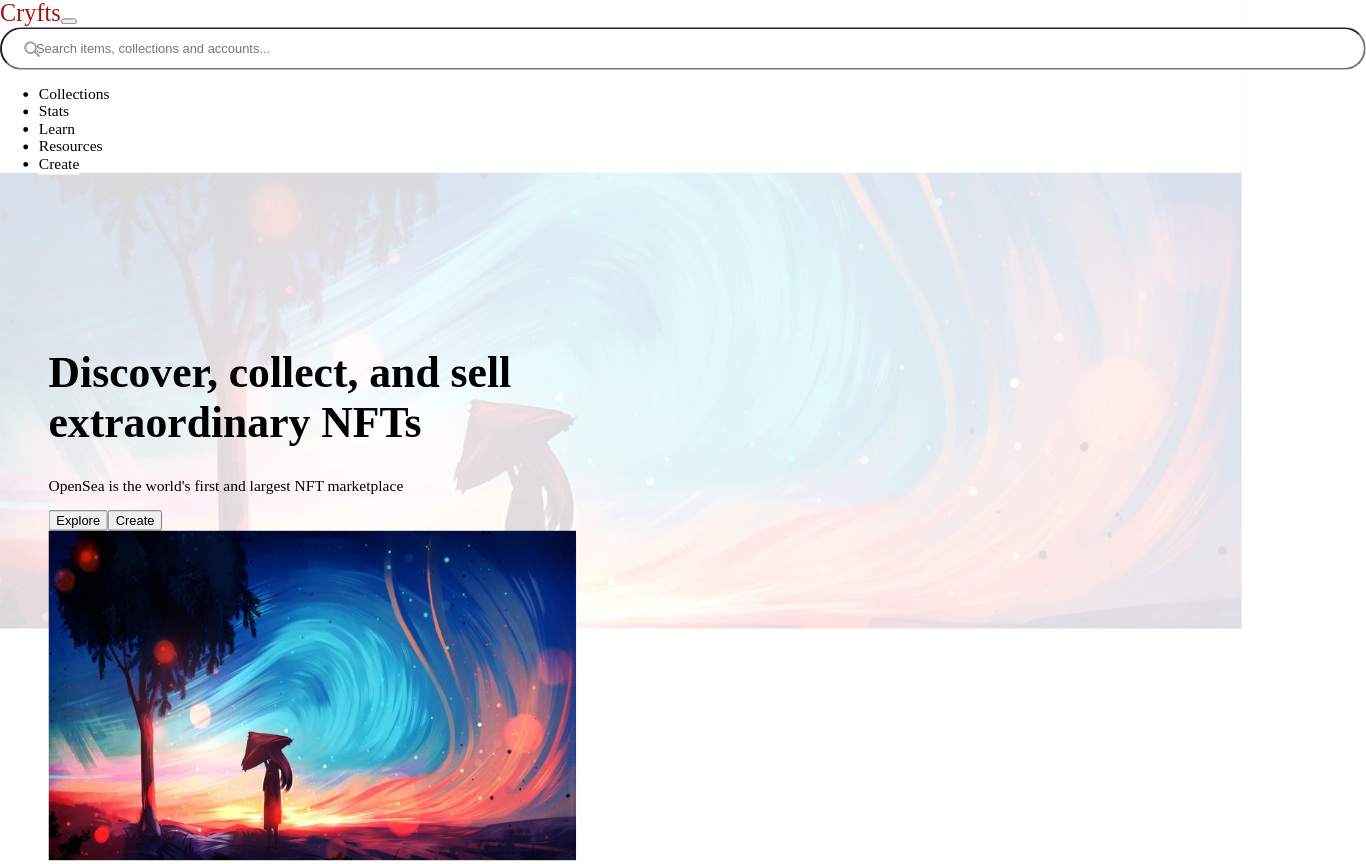
Repository: Huzaifa-2609/opensea_project
Page: /
The author's editor kept a copy of each file at every save. The page is drawn from the files as they stood at one save, then again after the next save.
The browser window is 1280 px wide. The page is 1408 px wide, so the pictures cover 1408 px, including what lies to the right of the window. The pictures show the whole page, at 97% of full size.
Some web libraries are served in a nearby version. The project was rebuilt for these pictures with package versions that can differ from the ones it lists, and the page was loaded fresh each time. The framework's server and built-in components were replaced by stand-ins that run in the browser. Also part of the build but not shown: next.config.js, styles/Home.module.css.

Above is the page before, as saved 2022-07-09 19:22:11.

### pages/_app.js
import Navbar from '../components/Navbar'
import '../styles/globals.css'
import Head from "next/head"
import Script from 'next/script'
import "../styles/hero.css"
function MyApp({ Component, pageProps }) {
  return(
    <>
    <Script src="https://kit.fontawesome.com/30bda3e318.js" crossorigin="anonymous"></Script>
    <Script src="https://cdn.jsdelivr.net/npm/bootstrap@5.2.0-beta1/dist/js/bootstrap.bundle.min.js" integrity="sha384-pprn3073KE6tl6bjs2QrFaJGz5/SUsLqktiwsUTF55Jfv3qYSDhgCecCxMW52nD2" crossOrigin="anonymous"></Script>
    <Navbar title={"Cryfts"}/>
  <Component {...pageProps} />
  </>
  )
}

export default MyApp

### pages/_document.js
import { Html, Head, Main, NextScript } from 'next/document'

export default function Document() {
  return (
    <Html>
      <Head>
      <link href="https://cdn.jsdelivr.net/npm/bootstrap@5.2.0-beta1/dist/css/bootstrap.min.css" rel="stylesheet" integrity="sha384-0evHe/X+R7YkIZDRvuzKMRqM+OrBnVFBL6DOitfPri4tjfHxaWutUpFmBp4vmVor" crossOrigin="anonymous"/>
      </Head>
      <body>
        <Main />
        <NextScript />
      </body>
    </Html>
  )
}

### pages/index.js
import Head from 'next/head'
import Image from 'next/image'
import Hero from '../components/Hero'
import styles from '../styles/Home.module.css'

export default function Home() {
  return (
    <>
    <div>
      <Head>
        <title>Create Next App</title>
        <meta name="description" content="Generated by create next app" />
        <link rel="icon" href="/favicon.ico" />
      </Head>
         </div>
      <Hero/>
      </>
  )
}

### components/Navbar.js
import React from 'react'
import Link from 'next/link'
import { useRouter } from 'next/router'
const Navbar = (props) => {
  const location=useRouter();
  return (
    <div>
      <nav className="navbar shadow-sm fixed-top navbar-expand-lg navbar-light">
  <div className="container-fluid">
    <a className="navbar-brand text-color fw-bolder ml-2" href="/">{props.title}</a>
    <button className="navbar-toggler" type="button" data-bs-toggle="collapse" data-bs-target="#navbarSupportedContent" aria-controls="navbarSupportedContent" aria-expanded="false" aria-label="Toggle navigation">
      <span className="navbar-toggler-icon"></span>
    </button>

    <div className="collapse navbar-collapse" style={{width:"50%"}} id="navbarSupportedContent">

            <div className="row height d-flex justify-content-center align-items-center">

                <div className="form">
                  <i className="fa fa-search"></i>
                  <input type="text" className="form-control form-input" placeholder="Search items, collections and accounts..."/>
                </div>

            </div>


      <ul className="navbar-nav gap-4 m-auto mb-2 mb-lg-0 fw-bold" style={location.pathname==="/signup"?{visibility:"hidden"}:{}}>
      <li className="nav-item">
          <Link href="/collections/0x7132e1d414161A232c2027aE6C66D7914649bA66"><a className="nav-link " aria-current="page" >Collections</a></Link>
        </li>
        <li className="nav-item">
          <Link href="/"><a className="nav-link" aria-current="page" >Stats</a></Link>
        </li>
        <li className="nav-item">
          <Link href="/"><a className="nav-link " >Learn</a></Link>
        </li>

        <li className="nav-item dropdown">
          <Link href="/"><a className="nav-link dropdown-toggle pe-none"  id="navbarDropdown" role="button" data-bs-toggle="dropdown" aria-expanded="false">
            Resources
          </a></Link>
          <ul className="dropdown-menu" aria-labelledby="navbarDropdown">
            <li><Link href="/"><a className="dropdown-item" >Action</a></Link></li>
            <li><Link href="/"><a className="dropdown-item" >Another action</a></Link></li>
            <li><hr className="dropdown-divider"/></li>
            <li><Link href="/"><a className="dropdown-item" >Something else here</a></Link></li>
          </ul>
        </li>
        <li className="nav-item">
          <Link  href="/"><a className="nav-link">Create</a></Link>
        </li>
      </ul >
      {/* <form className="d-flex" role="search">
        <ul className="navbar-nav gap-3 media" style={location.pathname==="/signup"?{display:"none"}:{}}>
      <li className="nav-item float-right">
          <Link href="/login"><a className="nav-link"  >Sign in</a></Link>
    </li>
      <li className="nav-item mx-2">
    <Link href='/signup'><a className="btn btn1 btn-primary bd-color bg-color"  style={location.pathname==="/signup"?{display:"none"}:{}} type="submit">Get Started</a></Link>
    </li>
        </ul>
      </form> */}
    </div>
  </div>
</nav>
    </div>
  )
}

export default Navbar

### styles/globals.css
:root {
  --light: #9f1313;
  --dark: #8d1212;
}
html,
body {
  padding: 0;
  margin: 0;
  /* font-family: -apple-system, BlinkMacSystemFont, Segoe UI, Roboto, Oxygen,
    Ubuntu, Cantarell, Fira Sans, Droid Sans, Helvetica Neue, sans-serif; */
}

a {
  color: inherit;
  text-decoration: none;
}

* {
  box-sizing: border-box;
}
@media all and (min-width: 992px) {
  .navbar .nav-item .dropdown-menu{ display: none; }
  .navbar .nav-item .nav-link{ border-bottom:3px solid white;  }
  .navbar .nav-item:hover .nav-link{ border-bottom:3px solid var(--light);  }
  .navbar .nav-item:hover .dropdown-menu{ display: block; }
  .navbar .nav-item .dropdown-menu{ margin-top:0; }


}
@media all and (max-width: 992px){
  .pic{display: none;}
  .signup-cls{   margin-top: 15% !important;}
  .signin-cls .card{border:none; box-shadow: none !important;}
  .media{display: none;}
  .empass{flex-direction: column ;}
}

nav {
  /* border-bottom:1px solid #ede4e4; */
  background-color: white;
}
.comp1{
  width: 22rem;
  border: none;

}
.comp{
  margin: 90px 0px;
}
.text-color{
  color: var(--dark);
}
.bg-color{
  background-color: var(--dark);
}
.btn1:hover{
  background-color: var(--light);
  border-color: var(--dark);

}
.bd-color{
  border-color: var(--dark);
}
.navbar-light .navbar-brand{
  color: var(--dark);
}
.navbar-light .navbar-brand:hover{
  color: var(--light);
}
.navbar-brand{
  font-size: 25px;
}
.link-hover :hover{
  color: var(--dark);
}
.form-check-label-color{
  color: var(--dark);
}
.form-outline{
  width: 75%!important;
}
.form-control:focus {
  border-color: #ced4da;
  box-shadow: none!important;
}

/* Navbar search css */
.form{
  position: relative;

}

.form .fa-search{

  position: absolute;
  top:15px;
  left: 25px;
  color: #9ca3af;

}

.form span{

  position: absolute;
  right: 17px;
  top: 13px;
  padding: 2px;
  border-left: 1px solid #d1d5db;

}

.left-pan{
  padding-left: 7px;
}

.left-pan i{

 padding-left: 10px;
}

.form-input{
  width: 220%;
  height: 44px;
  text-indent: 33px;
  border-radius: 40px;
}

.form-input:focus{

  box-shadow: none;
  border:none;
}

### styles/hero.css
/* .body{
} */
/* .bg{
    background: url("../public/nftbg.jpg") no-repeat center center/cover;
} */
.bg::before{
    content: "";
    background:url("../public/nftbg.jpg") no-repeat center center/cover;
    position: absolute;
    height:90%;
    width:100%;
    z-index: -1;
    opacity: 0.15;
    top: 0px;
    left: 0px;
}

### components/Hero.js
import React from "react";
import Image from "next/image";
import img from "../public/nftbg.jpg";

const Hero = () => {
  const style = {
    marginTop: "100px",
    height: "70vh",
    padding: "50px",
  };
  return (
    <>
      <div
        className=" d-flex justify-content-between bg align-items-center "
        style={style}
      >
        <div
          className="card mb-3 border-0 bg-transparent"
          style={{ width: "34rem" }}
        >
          <div className="card-body">
            <h1 className="card-title " style={{ fontSize: "45px" }}>
              Discover, collect, and sell extraordinary NFTs
            </h1>
            <p className="card-subtitle text-muted mt-3 fs-3">
              OpenSea is the world's first and largest NFT marketplace
            </p>
          </div>
          <div className="d-flex gap-4 ">
          <button type="button" class="btn btn-primary btn1 btn-lg fs1 w-50 py-2">
            Explore
          </button>
          <button type="button" class="btn btn-secondary btn1 btn-lg fs1 w-50 py-2">
            Create
          </button>
          </div>
        </div>
        <div className="card mb-3 border-0 " style={{ width: "34rem" }}>
          <Image
            src={img}
            className="card-img-top"
            alt="..."
            style={{ height: "34rem" }}
          />
          {/* <div className="card-body">
            <h1 className="card-title">Discover, collect, and sell extraordinary NFTs</h1>
            <h3 className="card-subtitle text-muted mt-3">
            OpenSea is the world's first and largest NFT marketplace
            </h3>
          </div> */}
        </div>
      </div>
    </>
  );
};

export default Hero;

After the next save:
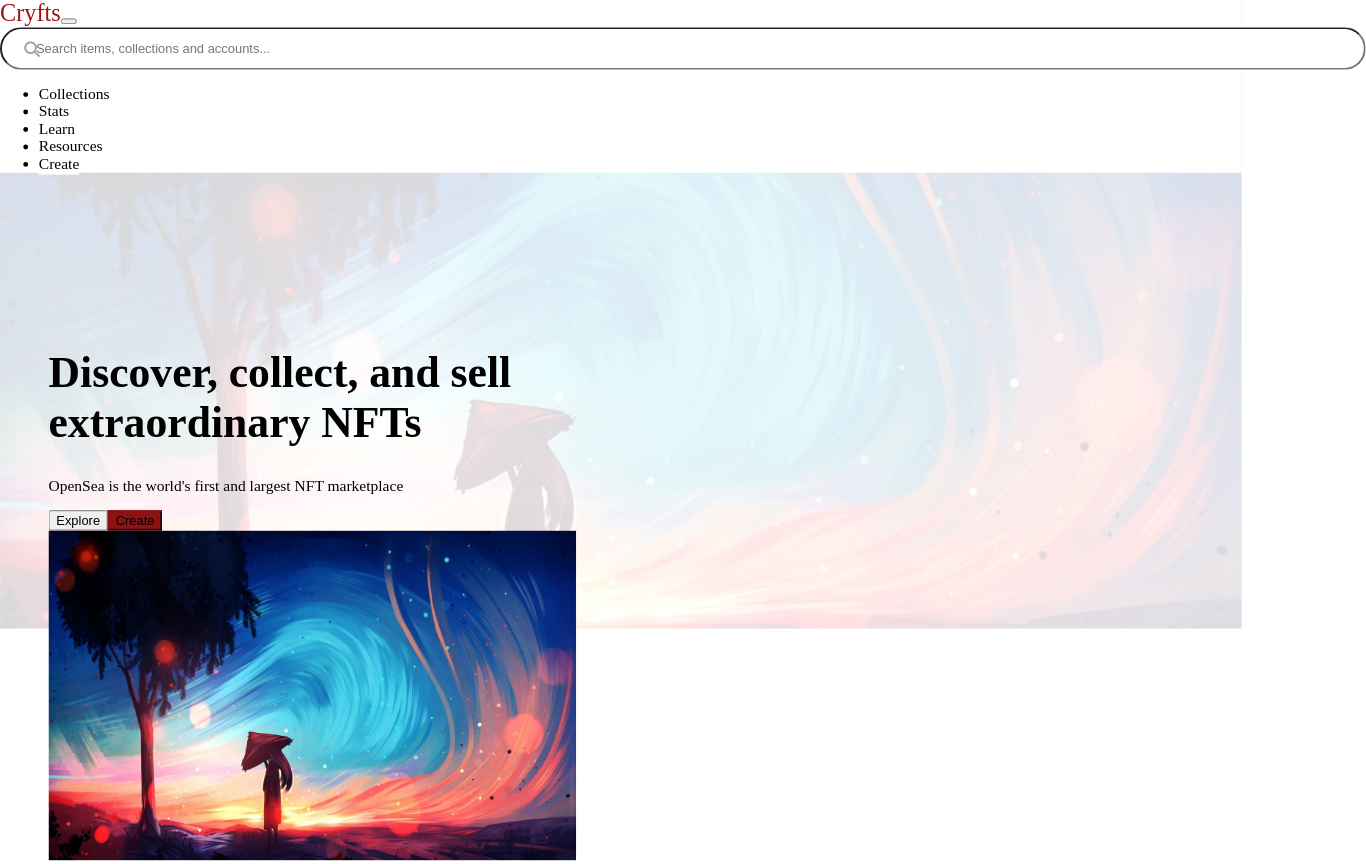
Saved 24 s later.
--- a/components/Hero.js
+++ b/components/Hero.js
@@ -30,7 +30,7 @@ const Hero = () => {
           <button type="button" class="btn btn-primary btn1 btn-lg fs1 w-50 py-2">
             Explore
           </button>
-          <button type="button" class="btn btn-secondary btn1 btn-lg fs1 w-50 py-2">
+          <button type="button" class="btn btn-secondary btn1 bd-color bg-color btn-lg fs1 w-50 py-2">
             Create
           </button>
           </div>
